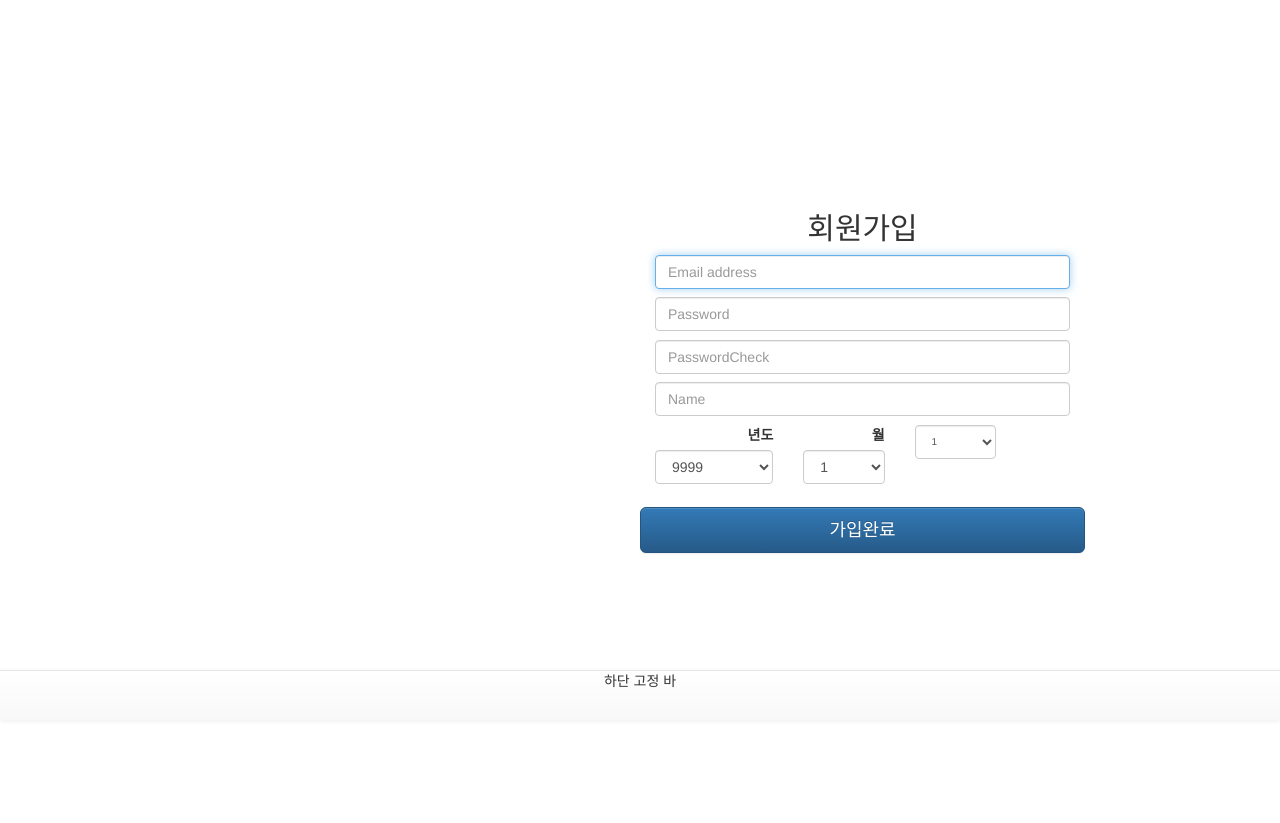
Repository: hrhwbp/Acorn-Final-Project
Page: http://localhost/final_project/index.jsp
These files come from the project's save history. The page is drawn as it stood at one moment and after the next save; the edit follows.
The browser window is 1280 px wide. The pictures show the whole page.
Some web libraries are served in a nearby version. The page is served by Tomcat 9. Nobody is signed in. The application's start-up code is not run. Other server files are loaded and not shown.

Above is the page before, as saved 2016-10-26 07:13:35.

### final_project/src/main/webapp/index.jsp
<%@ page language="java" contentType="text/html; charset=UTF-8"
	pageEncoding="UTF-8"%>
<!DOCTYPE html">
<html>
<head>
<meta http-equiv="Content-Type" content="text/html; charset=UTF-8">
<title>REMIND</title>
<!-- 합쳐지고 최소화된 최신 CSS -->
<link rel="stylesheet"
	href="https://maxcdn.bootstrapcdn.com/bootstrap/3.3.2/css/bootstrap.min.css">
<!-- 부가적인 테마 -->
<link rel="stylesheet"
	href="https://maxcdn.bootstrapcdn.com/bootstrap/3.3.2/css/bootstrap-theme.min.css">
<style type="text/css">
.top_pd {
	padding-top: 2%;
}

.bottom_pd {
	padding-bottom: 2%;
}

.main_pd {
	padding-top: 15%;
	padding-bottom: 20%;
}

.lbl_pd{
	padding-top: 3%
}
</style>
<!-- 합쳐지고 최소화된 최신 자바스크립트 -->
<script
	src="https://ajax.googleapis.com/ajax/libs/jquery/3.1.1/jquery.min.js"></script>
<script
	src="https://maxcdn.bootstrapcdn.com/bootstrap/3.3.2/js/bootstrap.min.js"></script>
</head>
<body class="center-block()">
	<div class="container main_pd">
		<div class="container col-md-5 col-md-offset-1"></div>
		<div class="container col-md-5">
			<div class="row col-md-12 hide">
				<form class="form-signin">
					<h2 class="form-signin-heading text-center">로그인</h2>
					<div class="row">
						<label for="inputEmail" class="sr-only">Email address</label> <input
							type="email" id="inputEmail" class="form-control"
							placeholder="Email address" required autofocus>
					</div>
					<div class="row top_pd bottom_pd">
						<label for="inputPassword" class="sr-only">Password</label> <input
							type="password" id="inputPassword" class="form-control"
							placeholder="Password" required>
					</div>

					<button class="btn btn-lg btn-primary btn-block" type="submit">로그인</button>
				</form>
				<button class="btn btn-lg btn-primary btn-block" type="button">회원가입</button>
			</div>
			<div class="row col-md-12">
				<form class="form-signin">
					<h2 class="form-signin-heading text-center">회원가입</h2>
					<div class="row-md-12">
						<label for="inputEmail" class="sr-only">Email address</label> <input
							type="email" id="inputEmail" class="form-control"
							placeholder="Email address" required autofocus>
					</div>
					<div class="row-md-12 top_pd">
						<label for="inputPassword" class="sr-only">Password</label> <input
							type="password" id="inputPassword" class="form-control"
							placeholder="Password" required>
					</div>
					<div class="row-md-12 top_pd">
						<label for="passwordCheck" class="sr-only">PasswordCheck</label> <input
							type="password" id="passwordCheck" class="form-control"
							placeholder="PasswordCheck" required>
					</div>
					<div class="row-md-12 top_pd">
						<label for="inputName" class="sr-only">Name</label> <input
							type="text" class="form-control" id="inputName"
							placeholder="Name" required>
					</div>
					<div class="row form-group">
					<div class="col-md-4 top_pd text-right">
						<label class="">년도</label>
						<select class="form-control">
							<option>9999</option>
							<option>2</option>
							<option>3</option>
							<option>4</option>
							<option>1115</option>
						</select>
					</div>

					<div class="col-md-3 top_pd text-right">
						<label class="">월</label>
						<select class="form-control">
							<option>1</option>
							<option>2</option>
							<option>3</option>
							<option>4</option>
							<option>10</option>
						</select>
					</div>

					<div class="col-md-3 top_pd text-right">

						<select id="ss" class="form-control" style="font-size: 10px">
							<option>1</option>
							<option>2</option>
							<option>3</option>
							<option>4</option>
							<option>10</option>
						</select>
					</div>
					<div class="col-md-1 lbl_pd text-center">

					</div>
					</div>
					<div class="row top_pd">
						<button class="btn btn-lg btn-primary btn-block" type="submit">가입완료</button>
					</div>

				</form>

			</div>
		</div>
	</div>
	<%@include file="bottom.jsp"%>
</body>
</html>

### final_project/src/main/webapp/bottom.jsp
<%@ page language="java" contentType="text/html; charset=UTF-8"
    pageEncoding="UTF-8"%>
<!DOCTYPE html PUBLIC "-//W3C//DTD HTML 4.01 Transitional//EN" "http://www.w3.org/TR/html4/loose.dtd">
<html>
<head>
<meta http-equiv="Content-Type" content="text/html; charset=UTF-8">
<title>Insert title here</title>
</head>
<body>
<nav class="navbar navbar-default navbar-fixed-bottom">
  <div class="container">
  	<div class="row text-center">
  	 	하단 고정 바
  	</div>
  </div>
</nav>
</body>
</html>

After the next save:
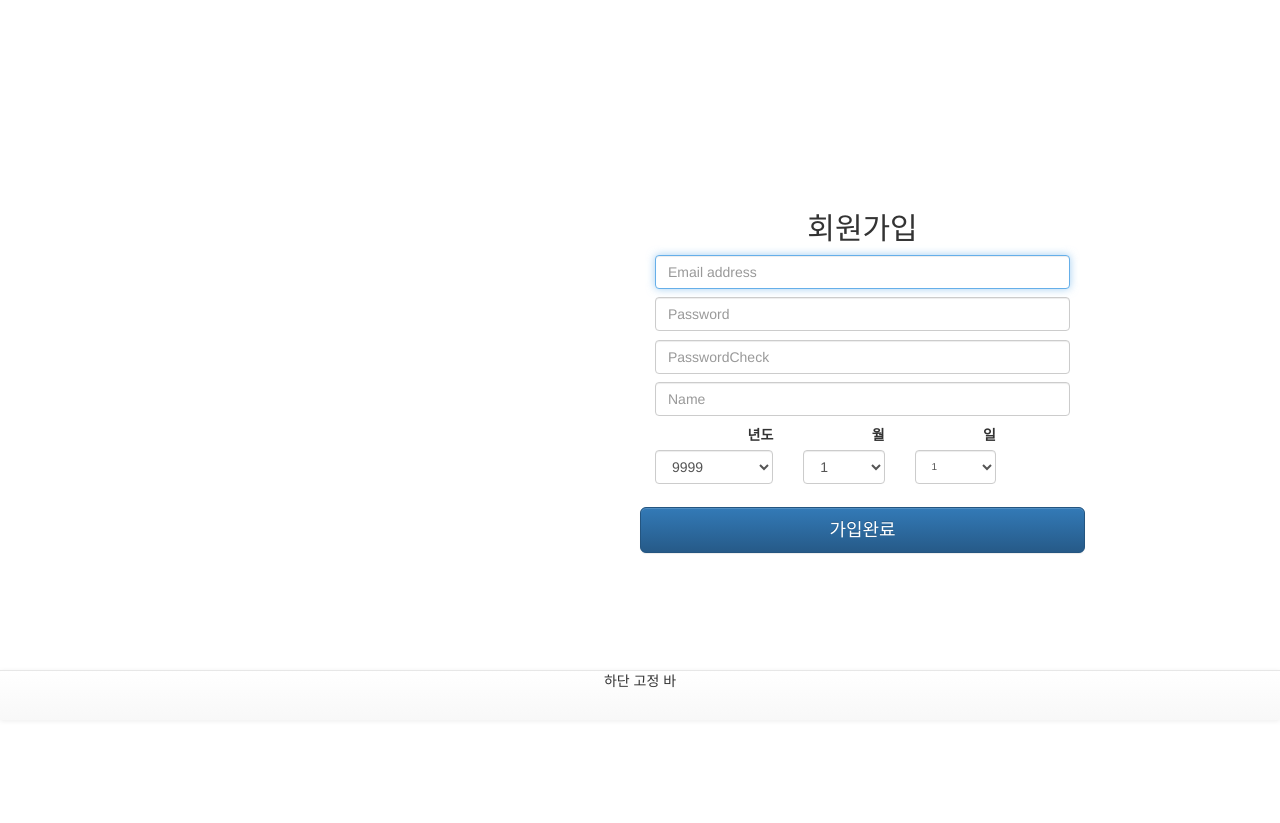
Saved 25 s later.
--- a/final_project/src/main/webapp/index.jsp
+++ b/final_project/src/main/webapp/index.jsp
@@ -104,7 +104,7 @@
 					</div>
 
 					<div class="col-md-3 top_pd text-right">
-
+						<label class="" for="ss">일</label>
 						<select id="ss" class="form-control" style="font-size: 10px">
 							<option>1</option>
 							<option>2</option>
